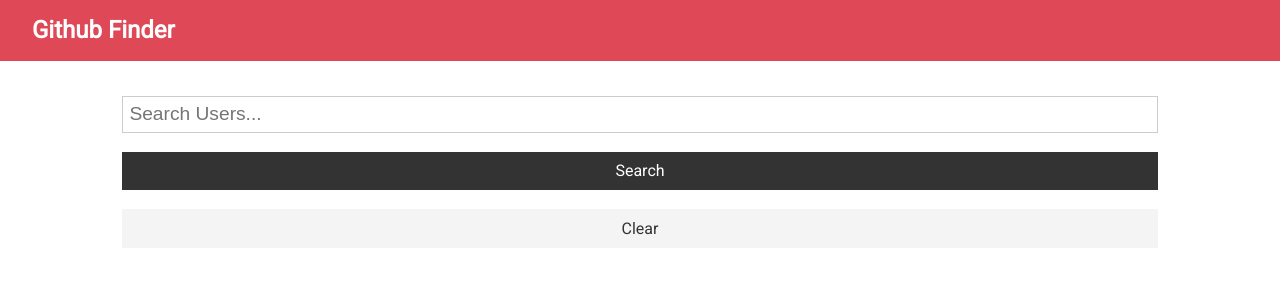
Repository: lamilekan263/githu_finder
Page: /
These files come from the project's save history. The page is drawn as it stood at one moment and after a run of saves; the edit follows.
The browser window is 1280 px wide. The pictures show the whole page.
The project was rebuilt for these pictures with package versions that can differ from the ones it lists, and the page was loaded fresh each time. Also part of the build but not shown: src/component/spinner.jsx, src/component/UserProfile/Userprofile.jsx.

Above is the page before, as saved 2020-07-22 14:18:31.

### public/index.html
<!DOCTYPE html>
<html lang="en">
  <head>

    <meta name="viewport" content="width=device-width, initial-scale=1" />
    <meta name="theme-color" content="#000000" />
    <meta
      name="description"
      content="Web site created using create-react-app"
    />

    <!--
      manifest.json provides metadata used when your web app is installed on a
      user's mobile device or desktop. See https://developers.google.com/web/fundamentals/web-app-manifest/
    -->

    <!--
      Notice the use of %PUBLIC_URL% in the tags above.
      It will be replaced with the URL of the `public` folder during the build.
      Only files inside the `public` folder can be referenced from the HTML.

      Unlike "/favicon.ico" or "favicon.ico", "%PUBLIC_URL%/favicon.ico" will
      work correctly both with client-side routing and a non-root public URL.
      Learn how to configure a non-root public URL by running `npm run build`.
    -->
    <title>React App</title>
  </head>
  <body>
    <noscript>You need to enable JavaScript to run this app.</noscript>
    <div id="root"></div>
    <!--
      This HTML file is a template.
      If you open it directly in the browser, you will see an empty page.

      You can add webfonts, meta tags, or analytics to this file.
      The build step will place the bundled scripts into the <body> tag.

      To begin the development, run `npm start` or `yarn start`.
      To create a production bundle, use `npm run build` or `yarn build`.
    -->
  </body>
</html>

### src/App.js
import React, { Component } from 'react';
import axios from 'axios'
import Navbar from './component/layout/Navbar/Navbar.Component';
import Users from './component/UserProfile/Users'
import Search from './component/UserProfile/Search'
import './App.css';

class App extends Component {
  constructor(){
    super();
    this.state ={
      users : [],
      loading : false
    }
  }

  // async componentDidMount(){
  //   this.setState({loading : true})
  //   const res = await axios.get(`https://api.github.com/users?client_id=${process.env.REACT_APP_GITHUB_CLIENT_ID}&${process.env.REACT_APP_GITHUB_CLIENT_SECRET}`)
  //   this.setState({users : res.data, loading : false},)
  // }


  // search Github users
  searchUsers = async text =>{
    this.setState({loading : true})
    const res = await axios.get(`https://api.github.com/search/users?q=${text}&client_id=${process.env.REACT_APP_GITHUB_CLIENT_ID}&${process.env.REACT_APP_GITHUB_CLIENT_SECRET}`)
    this.setState({users : res.data.items, loading : false},)
  }
  // clear the users from state
  clearUsers = () =>{
    this.setState({users : [], loading : false})
  }
  render(){
  return (
    <div className="App">
      <Navbar/>
      <div className="container">
        <Search searchUsers = {this.searchUsers} clearUsers= {this.clearUsers} showClear ={this.state.users.length > 0 ? true : false} />
        <Users loading={this.state.loading} users = {this.state.users}/>
      </div>

    </div>
  )
  }
}

export default App;

### src/component/layout/Navbar/Navbar.Component.jsx
import React from 'react';
import PropTypes from 'prop-types'

const Navbar = ({icon, title}) => {
        return(
            <nav className="navbar bg-primary">
            <h1>
                <i className={icon}/>{title}
            </h1>
        </nav>
        )
}

Navbar.defaultProps ={
    title : "Github Finder",
    icon : "fab fa-github"
};
Navbar.propTypes = {
    title : PropTypes.string.isRequired,
    icon : PropTypes.string.isRequired
}


export default Navbar;

### src/component/UserProfile/Users.jsx
import React  from 'react'
import Spinner from '../spinner.jsx'
import UserProfile from './Userprofile'
import PropTypes from 'prop-types'
const Users= ({users, loading}) => (
    <div>{
        loading ? <Spinner/> :

                <div style={userStyle}>
                    {
                    users.map(user =>(
                            <UserProfile  key={user.id} user={user}/>
                        ))
                    }
                </div>
        }
    </div>
)
const userStyle = {
    display : 'grid',
    gridTemplateColums : 'repeat(3, 1fr)',
    gridGap :'1rem'
}

Users.proptype ={
    Users : PropTypes.array.isRequired,
    loading : PropTypes.bool.isRequired
}
export default Users

### src/component/UserProfile/Search.jsx
import React, { Component } from 'react'
import PropTypes from 'prop-types'

 class Search extends Component {

         static propTypes={
            searchUsers : PropTypes.func.isRequired,
            clearUsers : PropTypes.func.isRequired,
            showClear : PropTypes.bool.isRequired,
         };
         state ={
             text : ""

         }

     onChange  =(e) =>{
        this.setState({text: e.target.value})
     }
     onSubmit = (e) =>{
        e.preventDefault();
        this.props.searchUsers(this.state.text)
        this.setState({text : ''})
     }
    render() {
        return (
            <div>
                <form className="form" onSubmit= {this.onSubmit}>
                    <input type="text" name="text" placeholder="Search Users..." onChange={this.onChange} value={this.state.text}/>
                    <input type="submit" value="Search" className="btn btn-dark btn-block"/>
                </form>
                {
                    <button className="btn btn-light btn-block" onClick={this.props.clearUsers}>
                        Clear
                    </button>
                }
            </div>
        )
    }
}



export default Search

Loaded but not shown: src/index.js (common file); src/index.css (common file); src/App.css (common file)

After the next 7 saves:
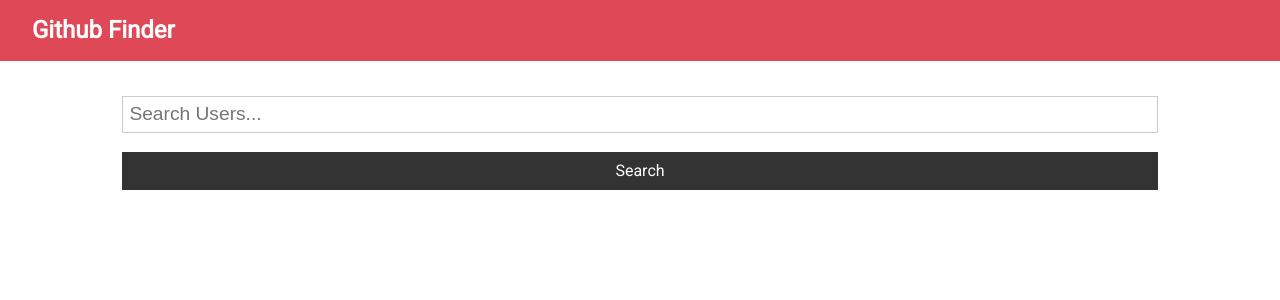
The 7 saves are shown as one change because 2 did not build or start and some came seconds apart.
The last was saved 36 s later.
--- a/src/component/UserProfile/Search.jsx
+++ b/src/component/UserProfile/Search.jsx
@@ -28,7 +28,7 @@
                     <input type="text" name="text" placeholder="Search Users..." onChange={this.onChange} value={this.state.text}/>
                     <input type="submit" value="Search" className="btn btn-dark btn-block"/>
                 </form>
-                {
+                {this.props.showClear &&
                     <button className="btn btn-light btn-block" onClick={this.props.clearUsers}>
                         Clear
                     </button>
